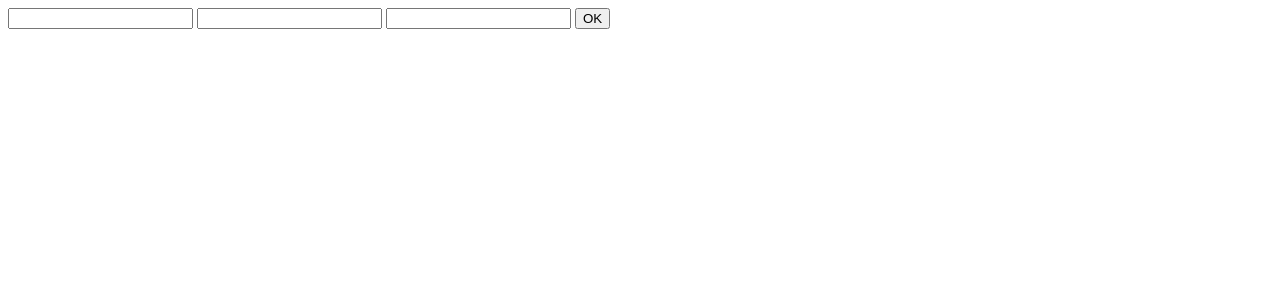
Repository: Matmart13/Acceso-a-Datos-2
Page: http://localhost/JSP1/Ejercicio2.jsp
These files come from the project's save history. The page is drawn as it stood at one moment and after the next save; the edit follows.
The browser window is 1280 px wide. The pictures show the whole page.
The page is served by Tomcat 9.

Above is the page before, as saved 2023-01-30 14:23:15.

### JSP1/src/main/webapp/Ejercicio2.jsp
<%-- Ejercicio 1.jsp --%>
<%@page contentType="text/html" pageEncoding="UTF-8"%>
<!DOCTYPE html>
<html>
<head>
<meta http-equiv="Content-Type" content="text/html; charset=UTF-8">
</head>
<body>
<form method="get" action="resultadoEj1.jsp">

<input type="text" name="numero1">
<input type="text" name="numero2">
<input type="text" name="numero3">
<input type="submit" value="OK">
</form>
</body>
</html>

After the next save:
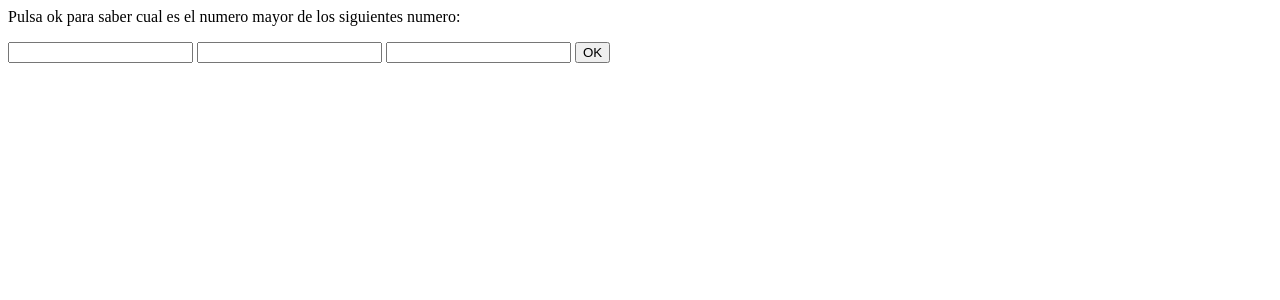
Saved 32 s later.
--- a/JSP1/src/main/webapp/Ejercicio2.jsp
+++ b/JSP1/src/main/webapp/Ejercicio2.jsp
@@ -7,7 +7,8 @@
 </head>
 <body>
 <form method="get" action="resultadoEj1.jsp">
-
+Pulsa ok para saber cual es el numero mayor de los siguientes numero:
+<p></p>
 <input type="text" name="numero1">
 <input type="text" name="numero2">
 <input type="text" name="numero3">
